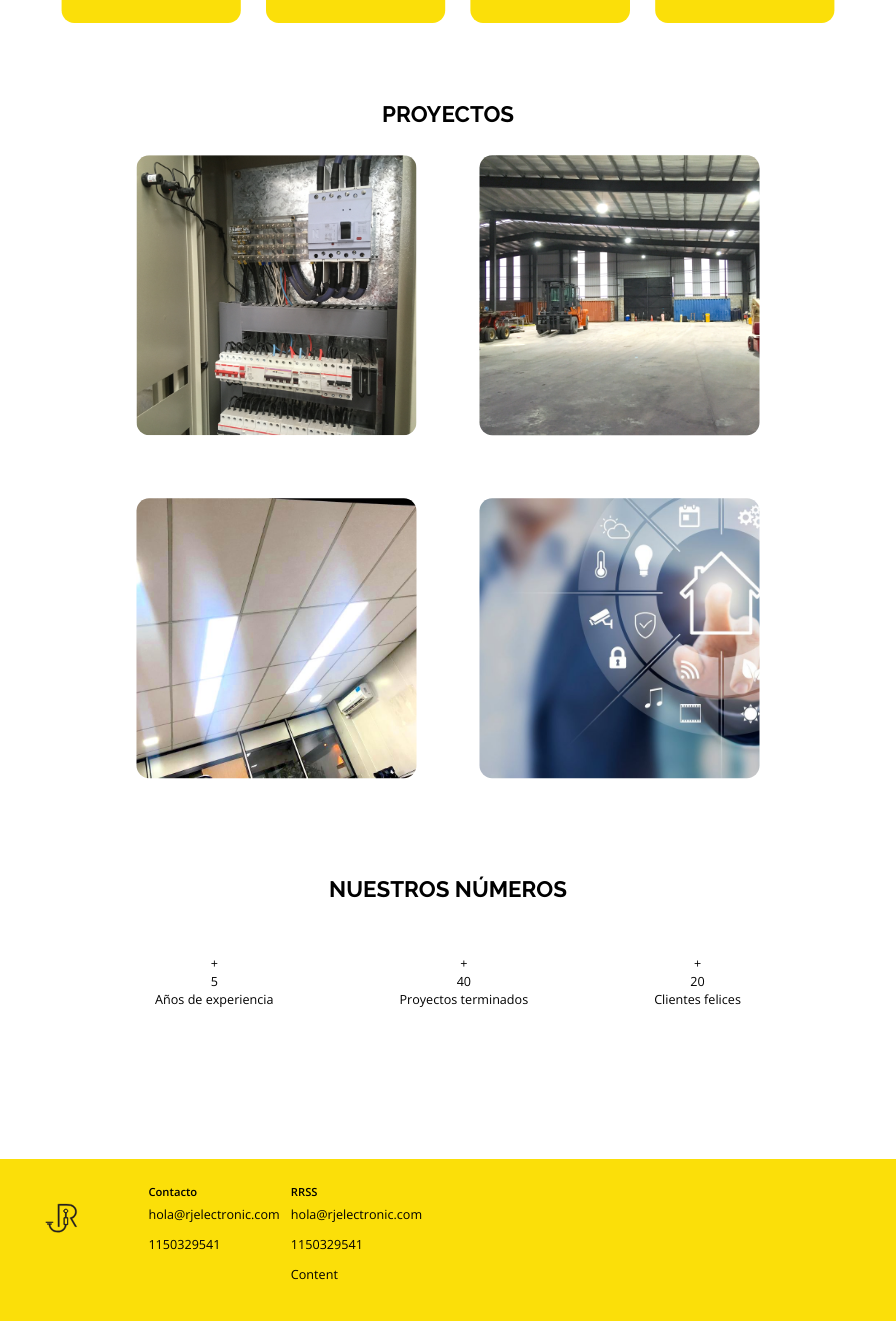
Repository: jeraldinnemg/rjelectronics
Page: index.html
The author's editor kept a copy of each file at every save. The page is drawn from the files as they stood at one save, then again after the next save.
The browser window is 1280 px wide. The pictures show the part of the page from y = 1004 to 2924 px (the page is 2892 px tall before and 2924 px after), at 70% of full size.
Some web libraries are served in a nearby version.

Above is the page before, as saved 2022-07-27 22:04:33.

### index.html
<!DOCTYPE html>
<html lang="en">
<head>
    <meta charset="UTF-8">
    <meta http-equiv="X-UA-Compatible" content="IE=edge">
    <meta name="viewport" content="width=device-width, initial-scale=1.0">
    <link rel="shortcut icon" href="favicon.ico" type="image/x-icon">
    <!-- Google fonts -->
    <link rel="preconnect" href="https://fonts.googleapis.com">
    <link rel="preconnect" href="https://fonts.gstatic.com" crossorigin>
<link href="https://fonts.googleapis.com/css2?family=Open+Sans:wght@300;400;500;600&family=Raleway:wght@300;400;500;600;700;800&display=swap" rel="stylesheet">
<link rel="stylesheet" href="https://cdnjs.cloudflare.com/ajax/libs/font-awesome/6.1.1/css/all.min.css" integrity="sha512-KfkfwYDsLkIlwQp6LFnl8zNdLGxu9YAA1QvwINks4PhcElQSvqcyVLLD9aMhXd13uQjoXtEKNosOWaZqXgel0g==" crossorigin="anonymous" referrerpolicy="no-referrer" />
    <!-- Custom system -->
    <link rel="stylesheet" href="index.css">
    <script src="https://kit.fontawesome.com/05b8218d7f.js" crossorigin="anonymous"></script>


    <script src="navigation.js" defer></script>
    <script src="tabs.js" defer></script>
    <script src="counter.js" defer></script>

    <title>RJ Electronics</title>
</head>
<body>
    <header class="primary-header flex">
            <a href="#">
                <img class="logo" width="50px" height="50px"src="/img/logo.svg" alt="">
            </a>
            <button class="mobile-nav-toggle" aria-controls="primary-navigation"><span class="sr-only" aria-expanded="false">Menu</span></button>
            <nav >
                <ul class="primary-navigation flex" data-visible="false">
                    <li><a href="#" class="uppercase text-dark ff-serif">Acerca de</a></li>
                    <li><a href="#" class="uppercase text-dark ff-serif">Servicios</a></li>
                    <li><a href="#" class="uppercase text-dark ff-serif">Proyectos</a></li>
                    <li><a href="#" class="uppercase text-dark ff-serif">Contacto</a></li>
                </ul>
            </nav>
    </header>

    <main class="grid-container grid-container--home">
        <section class="hero">
            <div class="container flex">
                <!-- CTA-1 -->
                <article class="a-self" id="lampara-tab" role="tabpanel" tabindex="0">
                    <h1 class="ff-serif fs-700">Ofrecemos Soluciones Electrónicas Integrales</h1>
                    <p class="ff-sans fs-400">Diseñamos y construimos una solución para cualquier necesidad, falla o problema electrónico industrial, comercial o residencial.</p>
                    <a href="#" class="button"><span>Me interesa</span></a>
                </article>
                <!-- CTA-2 -->
                <article hidden class="a-self" id="destornillador-tab" role="tabpanel" tabindex="0">
                    <h2 class="ff-serif fs-700">Creamos espacios luminosos a tu medida</h2>
                    <p class="ff-sans fs-400">Nos encargamos de calcular los lumens necesarios para que obtengas un espacio con luz de calidad.</p>
                    <a href="#" class="button"><span>Ver más</span></a>
                </article>
                <!-- CTA-3 -->
                <article hidden class="a-self" id="interruptor-tab" role="tabpanel" tabindex="0">
                    <h2 class="ff-serif fs-700">Creamos ambientes inteligentes</h2>
                    <p class="ff-sans fs-400">Nos encargamos de automatizar espacios y lugares de manera fácil y rápida.</p>
                    <a href="#" class="button"><span>Me interesa</span></a>
                </article>
                <picture class= "hero__image" id="lampara-image">
                    <img src="/img/lampara.png" alt="lampara" >
                </picture>
                <picture class= "hero__image" hidden id="destornillador-image">
                    <img src="/img/destornillador.png" alt="destornillador">
                </picture>
                <picture class= "hero__image" hidden id="interruptor-image">
                    <img src="/img/interruptor.png" alt="interruptor">
                </picture>
            </div>
            <!-- Dots -->
            <div class="dot-indicators flex" role="tablist" aria-label="services list">
                <button aria-selected="true" aria-controls="lampara-tab" data-image="lampara-image" role="tab" tabindex="0"><span class="sr-only">Lampara</span></button>
                <button aria-selected="false" aria-controls="destornillador-tab" data-image="destornillador-image" role="tab" tabindex="-1"><span class="sr-only">destornillador</span></button>
                <button aria-selected="false" aria-controls="interruptor-tab" data-image="interruptor-image" role="tab" tabindex="-1"><span class="sr-only">Interruptor</span></button>
            </div>
        </section>

        <section class="services">
            <h2 class="ff-serif fs-600 uppercase">Servicios</h2>
            <div class="container">
                <article class="card flex">
                    <i class="fa-solid fa-bolt fs-700"></i>
                    <div class="card-body">
                        <h2 class="card-title fs-400">Instrumentación & automatización</h2>

                    </div>
                </article>
                <article class="card flex">
                    <i class="fa-solid fa-plug fs-700 "></i>
                    <div class="card-body">
                        <h2 class="card-title fs-400">Tableros eléctricos</h2>

                    </div>
                </article>
                <article class="card flex">
                    <i class="fa-solid fa-lightbulb fs-700"></i>
                    <div class="card-body">
                        <h2 class="card-title fs-400">Domótica</h2>

                    </div>
                </article>
                <article class="card flex">
                    <i class="fa-solid fa-building  fs-700"></i>
                    <div class="card-body">
                        <h2 class="card-title fs-400">Planos eléctricos</h2>

                    </div>
                </article>
        </div>
        </section>
        <section class="projects">
            <h2 class="ff-serif fs-600 uppercase">Proyectos</h2>
            <div class="projects-container grid-container">
                <article class="project" style="background-image: url('/img/servicio-electricidad.JPG')">
                    <div class="project-overlay">
                    <h2 class="overlay-text fs-600 uppercase" >Tablero eléctrico</h2>
                    </div>
                </article>
                <article class="project" style="background-image: url('/img/trabajos-iluminacion-galpon.JPG')">
                    <div class="project-overlay">
                        <h2 class="overlay-text fs-500 uppercase">Iluminación industrial</h2>
                    </div>
                </article>
                <article class="project" style="background-image: url('/img/iluminacion-oficinas.jpeg') ">
                    <div class="project-overlay">
                        <h2 class="overlay-text fs-500 uppercase">Iluminación de oficina</h2>
                    </div>
                </article>
                <article class="project" style="background-image: url('/img/servicios-domotica.jpg') ">
                    <div class="project-overlay">
                        <h2 class="overlay-text fs-500 uppercase">Domótica en casa</h2>
                    </div>
                </article>
        </div>
        </section>
        <section class="statics">
            <h2 class="ff-serif fs-600 uppercase">Nuestros números</h2>
            <div class="container" >
            <div class="static">
                <span>+</span><div class="counter" data-target="5"></div>
                <p class="fs-400">Años de experiencia</p>
            </div>
            <div class="static">
                <span>+</span><div class="counter" data-target="40"></div>
                <p class="fs-400">Proyectos terminados</p>
            </div>
            <div class="static">
                <span>+</span><div class="counter" data-target="20"></div>
                <p class="fs-400">Clientes felices</p>
            </div>
        </div>
        </section>

    </main>


    <footer class="flex">
        <a href="#">
            <img class="logo" width="50px" height="50px"src="/img/logo.svg" alt="">
        </a>
        <div class="col">
            <h3>Contacto</h3>
                <p>hola@rjelectronic.com</p>
                <p>1150329541</p>
        </div>
        <div class="col">
            <h3>RRSS</h3>
                <p>hola@rjelectronic.com</p>
                <p>1150329541</p>
                <p>Content</p>
        </div>
    </footer>

</body>
</html>

### index.css
/* ----------------------- */
/* --Custom properties---- */
/* ----------------------- */

:root {
   /*colors*/
   --clr-dark: 0 0% 0%;
   --clr-main: 53 97% 51%;
   --clr-secondary: 25 100% 52%;
   --clr-white: 0 0% 100%;

/*font-sizes*/
--fs-1000: 9.375rem; /*150x*/
--fs-900: 6.25rem; /*100px*/
--fs-800: 4.5rem; /*72px*/
--fs-700: 3.5rem; /*56px*/
--fs-600: 2rem; /*32px*/
--fs-500: 1.75rem; /*28px*/
--fs-400: 1.125rem; /*18px*/
--fs-300: 1rem; /*16px*/
--fs-200: 0.875rem; /*14px*/

/*font-family*/
--ff-serif: "Raleway", serif;
--ff-sans: "Open sans", sans-serif;


}

.uppercase {
    text-transform: uppercase;
}

/* -------------- */
/* -----RESET---- */
/* -------------- */

*,
*::before,
*::after {
    box-sizing: border-box;
}

/* Reset margins */
h1,
h2,
h3,
h4,
h5,
body,
p,
picture,
figure {
    margin:0;
}

/* Set up the body  */

body {
    font-family: var(--ff-sans);
    font-size: var(--fs-400);
    color:hsl(var(--clr-dark));
    line-height: 1.4;
    min-height: 100vh;

    display: grid;
    grid-template-rows: min-content 1fr;

    overflow-x:hidden;
}

/* Make images easier to work */
img,
picture {
    max-width: 100%;
}

/* Make form elements easier to work*/
input,
select,
button,
textarea {
    font: inherit;
}

/* Remove all animations, transitions and smooth scroll for people that prefer not to see them (Accesibility Recourse piccali.li*/
@media (prefers-reduced-motion: reduce) {
    html:focus-within {
     scroll-behavior: auto;
    }

    *,
    *::before,
    *::after {
      animation-duration: 0.01ms !important;
      animation-iteration-count: 1 !important;
      transition-duration: 0.01ms !important;
      scroll-behavior: auto !important;
    }
  }

/* ------------------ */
/* -UTILITY CLASES-- */
/* ----------------- */

.flex {
    display: flex;
    gap: var(--gap, 1rem);
}

.grid {
    display: grid;
    gap: var(--gap, 1rem);
}

.a-self{
    align-self: center;
}

.container {
    padding-inline: 1em;
    margin-inline: auto;
    max-width: 80rem;

    display: flex;
    flex-direction: column;
}

.dot-indicators{
    justify-content: center;
}

.hero{
    margin-top: 2em;
}


.sr-only {
    position: absolute;
    width: 1px;
    height: 1px;
    padding: 0;
    margin: -1px;
    overflow: hidden;
    clip: rect (0,0,0,0);
    white-space: nowrap; /*added line*/
    border: 0;
}

/*Colors */

.bg-dark { background-color: hsl(var(--clr-dark));}
.bg-yellow {background-color: hsl(var(--clr-yellow));}
.bg-white { background-color: hsl(var(--clr-white));}

.text-dark { color: hsl(var(--clr-dark));}
.text-dark { color: hsl(var(--clr-dark));}
.text-dark { color: hsl(var(--clr-dark));}

/*Typography */

.ff-serif {font-family: var(--ff-serif);}
.ff-sans {font-family: var(--ff-sans);}

.letter-spacing-1  {letter-spacing: 4.75px;}
.letter-spacing-2  {letter-spacing: 2.7px;}
.letter-spacing-1  {letter-spacing: 2.35px;}

.fs-900 {font-size: var(--fs-900);}
.fs-800 {font-size: var(--fs-800);}
.fs-700 {font-size: var(--fs-700);}
.fs-600 {font-size: var(--fs-600);}
.fs-500 {font-size: var(--fs-500);}
.fs-400 {font-size: var(--fs-400);}
.fs-300 {font-size: var(--fs-300);}
.fs-200 {font-size: var(--fs-200);}

.fw-400 {font-weight: 400;}
.fw-500 {font-weight: 500;}

/* General */

.flex {
    display: flex;
    gap: var(--gap, 1rem);
}

.flex.even-columns > * {
    width: 100%;
}

.grid {
    display: grid;
    gap: var(--gap, 1rem);
}

.d-block {
    display: block;
}

/* ----------------- */
/* ---COMPONENT----- */
/* ----------------- */

/* Primary header */

.logo{
    margin: 1.5rem clamp(1.5rem, 5vw, 4rem);
}

.primary-header{
    align-items:center;
    justify-content: space-between;
    background-color: hsl(var(--clr-main));
}

.primary-navigation{
    --gap: clamp(1.5rem, 5vw, 3.5rem);
    list-style: none;
    text-decoration: none;
    padding: 0;
    margin:0;
}

.primary-navigation a, footer a{
    text-decoration: none;
    margin-right: 1em;
}

.mobile-nav-toggle{
    display: none;
}

@media(max-width:35em){
    .primary-navigation{
        --underline-gap: 0.5rem;
        position: fixed;
        inset: 0 0 0 20%;
        z-index:1000;
        padding: min(20rem, 15vh);
        margin:0;
        z-index:1000;
        list-style: none;
        flex-direction: column;
        background-color: hsl(var(--clr-main));
        transform: translateX(100%);
        transition: transform ease-in-out;

    }

    .primary-navigation[data-visible='true']{
        transform: translateX(0);
    }

    .mobile-nav-toggle {
        display: block;
        position: absolute;
        z-index:2000;
        right: 2rem;
        top: 2rem;
        background: transparent;
        background-image: url(/img/icon-hamburger.svg);
        background-repeat:no-repeat;
        background-position: center;
        width: 1.5rem;
        aspect-ratio:1;
        border: 0;
        cursor: pointer;
    }

    .mobile-nav-toggle[aria-expanded='true']{
        background-image: url(/img/icon-close.svg);
    }

    .mobile-nav-toggle:focus-visible{
        outline:5px solid white;
        outline-offset: 5px;
    }
}

@media (min-width: 35em){
    .primary-navigation{
        padding-inline: clamp(3rem, 7vw, 7rem);
    }
}

@media(min-width: 45em){
    .primary-navigation{
        margin-block:2rem;
    }
}


/* ---------- */
/* Button     */
/* --------- */

 .button {
    display: inline-flex;
	background: hsl(var(--clr-dark));
    padding: 1em 2em;
    border-radius: 2em;
    color: hsl(var(--clr-white));
	position: relative;
    text-decoration: none;
    transition: 0.3s ease all;
	position:relative;
	overflow:hidden;
    margin-top: 1.5em;
}

.button span {
	position:relative;
	z-index:2;
	transition: 0.3s ease all;
}

.button::after {
	content: "";
	width: 100%;
	height:100%;
	background: hsl(var(--clr-secondary));
	position: absolute;
	z-index: 1;
	top: -80px;
	left: 0;
	transition: 0.3s ease-in-out all;
}

.button:hover::after{
	top:0;
	}
/* ---------- */
/* Dots     */
/* --------- */

.dot-indicators > * {
        cursor: pointer;
        border: 0;
        border-radius: 50%;
        padding: .5em;
        background-color: hsl(var(--clr-dark)/ .25) ;
 }

.dot-indicators > *:hover,
.dot-indicators > *:focus {
        background-color: hsl(var(--clr-secondary)/ .5);
    }

.dot-indicators > [aria-selected="true"] {
        background-color: hsl( var(--clr-secondary) / 1);
    }

/* ---------- */
/* Card     */
/* --------- */
.card{
    background-color: hsl( var(--clr-main));
    padding: 2em 4em;
    margin: 2em 0em;
    border-radius: 1em;
    flex-direction: column;
}

i:hover{
    color: hsl( var(--clr-secondary));
}

.services, .projects, .statics{
    text-align: center;
    margin-top: 4em;
}

/* -------------------------*/
/* -------projects ----------- */
/* -------------------------*/

.projects-container{
    grid-template-columns: repeat(1, 1fr);
    margin-top: 2em;
    gap:2rem;
}

.projects-container >article{
    position: relative;

    min-width: 400px;
    min-height: 400px;
    background-size: cover;
    background-repeat: no-repeat;
    background-position: center center;
    border-radius: 1em;
}

.projects .project .project-overlay{
    width: 0%;
	height: 100%;
	position: absolute;
	bottom: 0;
	left: 0;
	right: 0;
	background: hsl( var(--clr-main));
	overflow: hidden;
    border-radius: 1em;
	transition: .5s ease;
}

.projects .project:hover .project-overlay {
    width: 100%;
    opacity: 0.8;
}

.overlay-text {
	top: 50%;
	left: 50%;

	position: absolute;
	white-space: nowrap;
	color: hsl(var(--clr-dark));
	transform: translate(-50%, -50%);
	overflow: hidden;
	border-top: 1px solid #fff;
	border-bottom: 1px solid #fff;
}

/* -------------------------*/
/* -------STATICS --------- */
/* -------------------------*/

.static{
    padding: 2em 4em;
    margin: 2em 0em;
    flex-direction: column;
}

/* -------------------------*/
/* -------FOOTER ---------- */
/* -------------------------*/
footer{
    background-color: hsl( var(--clr-main));
    color: hsl( var(--clr-dark));
    padding: 2em 0em;
}

footer p{
    font-family: var(--ff-sans-normal);
    font-size: var(--fs-100);
    margin-bottom: 1em;

}

footer h3{
    font-size: var(--fs-300);
    color: var(--clr-secundary);
    margin-bottom: 0.5em;
}

footer div:first-child{
    align-items: flex-start;
}

/* -------------------------*/
/* -------Layout----------- */
/* -------------------------*/

.grid-container {
    display: grid;
    text-align: center;
    place-items:center;
    padding-inline: 1rem;
    padding-bottom: 4rem;
}

.grid-container  p:not([class]) {
    max-width: 50ch;
}

@media (min-width: 45em){
    .grid-container {
        text-align: left;
        column-gap: var(--container-gap, 2rem);
        grid-template-columns: minmax(1rem, 1fr)
        repeat (2, minmax((0, 30rem)) minmax(1rem, 1fr));
    }
    .grid-container--home {
        padding-bottom: max(6rem, 20vh);
        align-items: left;
    }
    .container {
        flex-direction: row;
        gap: 2em;
    }

    .hero__image{
        max-width: 40%;
    }

    .card{
        max-width: 20vw;
        flex-direction: column;
        justify-content: center;
    }

    .projects-container{
        grid-template-columns: repeat(2, 1fr);
        gap: 5em;
    }













}

### navigation.js
// javascript

const nav = document.querySelector(".primary-navigation");
const navToggle = document.querySelector('.mobile-nav-toggle');


// when someone clicks the hamburguer button

navToggle.addEventListener('click', () => {

// if the nav is closed, open it

    const visibility = nav.getAttribute("data-visible");

    if (visibility === 'false') {
        nav.setAttribute('data-visible', true);
        navToggle.setAttribute('aria-expanded', true);
    } else {
        nav.setAttribute('data-visible', false);
        navToggle.setAttribute('aria-expanded', false);

    }
});

### tabs.js
const tabList = document.querySelector('[role="tablist"]');
const tabs = tabList.querySelectorAll('[role="tab"]');

tabList.addEventListener('keydown', changeTabFocus);

tabs.forEach((tab) => {
    tab.addEventListener('click', changeTabPanel);
});


let tabFocus = 0;
function changeTabFocus(e) {
    const keydownLeft = 37;
    const keydownRight = 39;

    if (e.keyCode === keydownLeft || e.keyCode === keydownRight) {
        tabs[tabFocus].setAttribute("tabindex", -1);
    }

    if (e.keyCode === keydownRight) {
        tabFocus++;
        if (tabFocus >= tabs.length) {
            tabFocus = 0;
        }
    } else if (e.keyCode === keydownLeft) {
        tabFocus--;
        if (tabFocus < 0) {
            tabFocus = tabs.length - 1;
        }
    }

    tabs[tabFocus].setAttribute("tabindex", 0);
    tabs[tabFocus].focus();
}


function changeTabPanel(e) {
    const targetTab = e.target;
    const targetPanel = targetTab.getAttribute("aria-controls");
    const targetImage = targetTab.getAttribute("data-image");

    const tabContainer = targetTab.parentNode;
    const mainContainer = tabContainer.parentNode;

    tabContainer
    .querySelector('[aria-selected="true"]')
    .setAttribute("aria-selected", false);

    targetTab.setAttribute("aria-selected", true);

    hideContent(mainContainer, '[role="tabpanel"]');
    showContent(mainContainer, [`#${targetPanel}`]);
    //mainContainer
    //    .querySelectorAll('[role="tabpanel"]')
    //    .forEach((panel) => panel.setAttribute("hidden", true));


    hideContent(mainContainer, 'picture');
    showContent(mainContainer, [`#${targetImage}`]);

    //mainContainer
    //    .querySelectorAll('picture')
    //    .forEach((picture) => picture.setAttribute("hidden", true));

    //mainContainer.querySelector([`#${targetImage}`]).removeAttribute('hidden');

    // console.log(mainContainer);
}

function hideContent(parent, content){
    parent
    .querySelectorAll(content)
    .forEach((item) => item.setAttribute("hidden", true));

}

function showContent(parent, content){
    parent
    .querySelector(content)
    .removeAttribute('hidden');
}

### counter.js
const counters = document.querySelectorAll('.counter')

counters.forEach(counter => {
    counter.innerText='0';

    const updateCounter = () => {

        // Create const
        const target = +counter.getAttribute('data-target')


         const c = +counter.innerText

         const increment = target / 1000000000000000;

         if (c < target) {
             counter.innerText = `${Math.ceil(c+increment)}`
             setTimeout(updateCounter,100)
         } else {
             counter.innerText = target
         }
         // verify target function console.log(typeof target, target)
         //console.log(increment)
    }

    updateCounter()
})

After the next save:
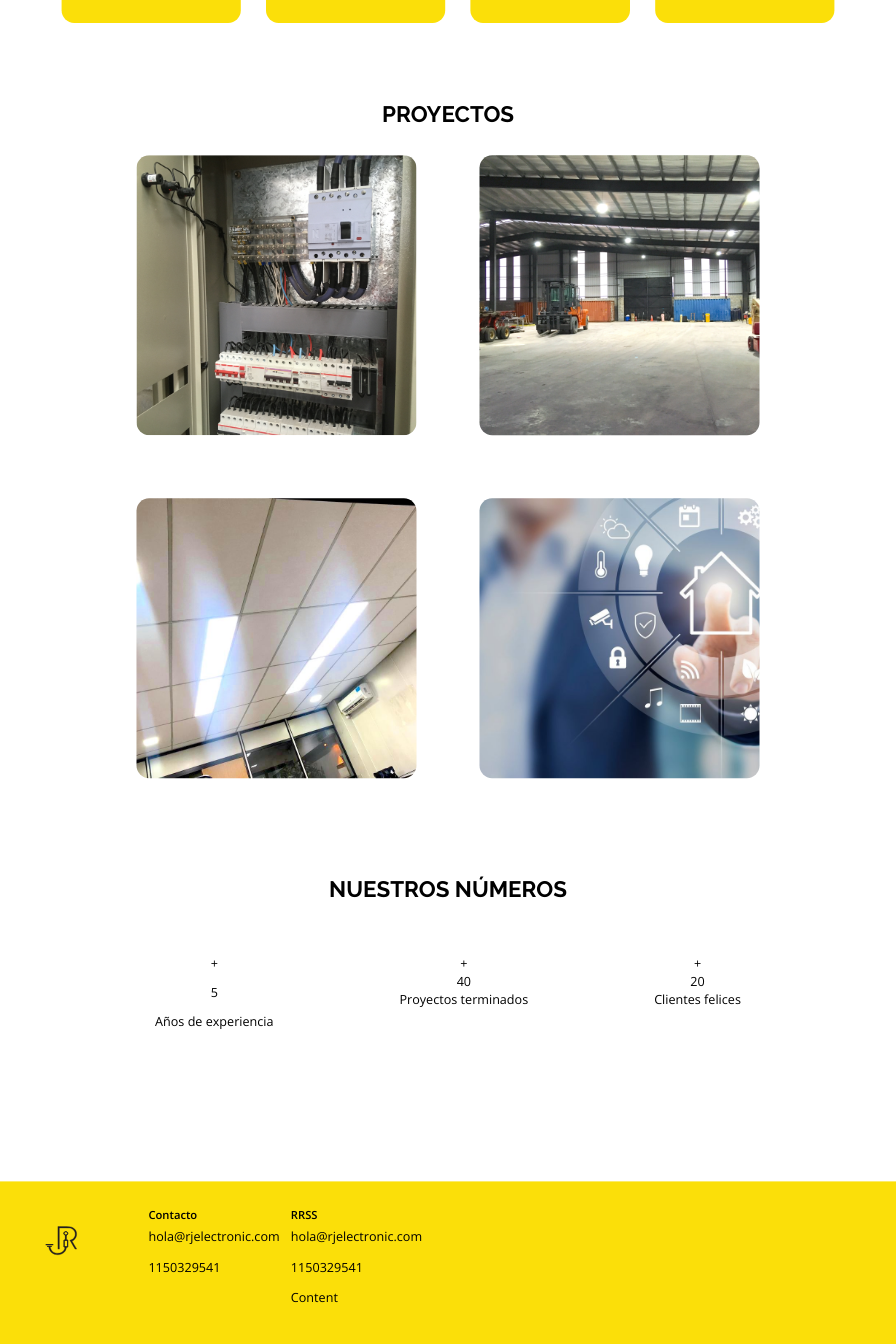
Saved 89 s later.
--- a/index.html
+++ b/index.html
@@ -137,7 +137,7 @@
         <section class="statics">
             <h2 class="ff-serif fs-600 uppercase">Nuestros números</h2>
             <div class="container" >
-            <div class="static">
+            <div class="static flex">
                 <span>+</span><div class="counter" data-target="5"></div>
                 <p class="fs-400">Años de experiencia</p>
             </div>
